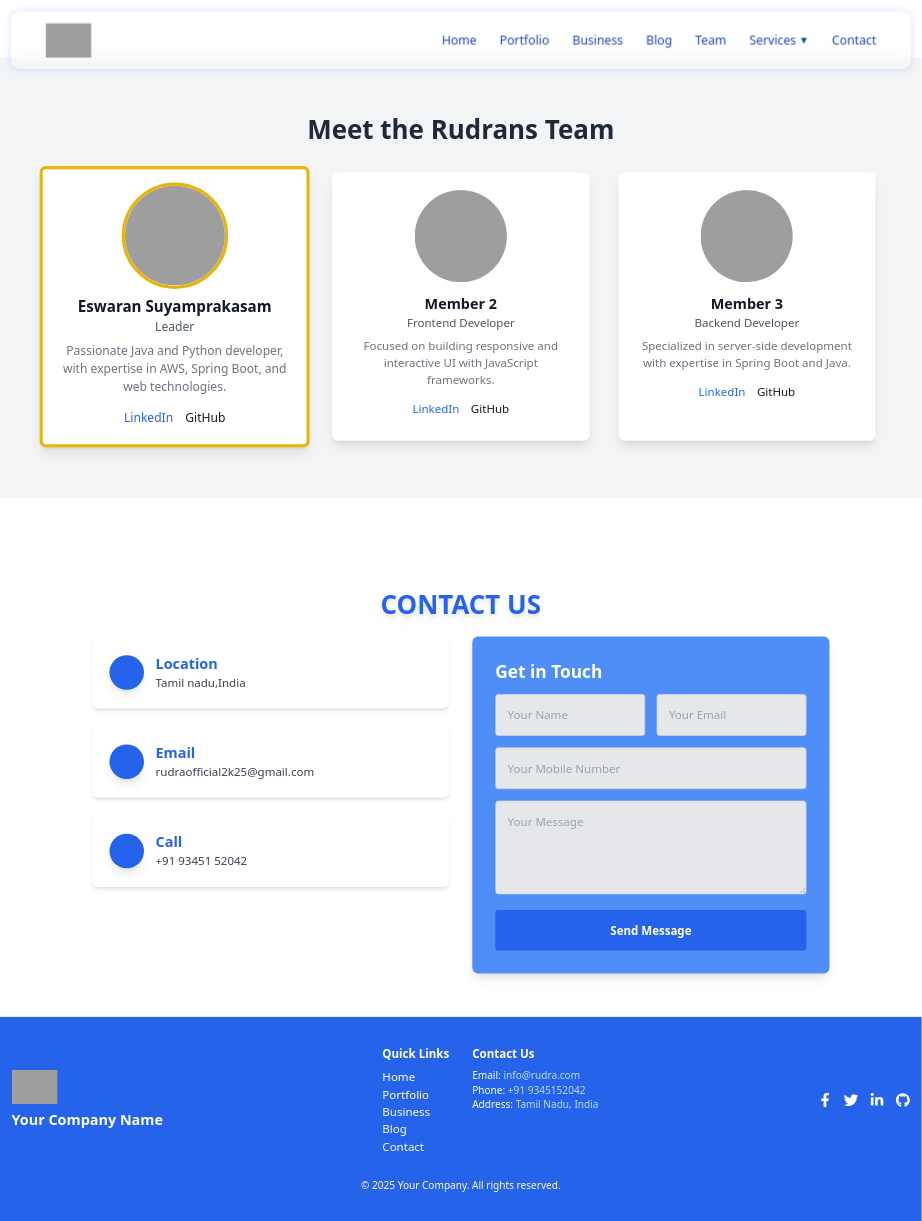
Repository: Rudra-Eswaran/Rudra_Official
Page: /
These files come from the project's save history. The page is drawn as it stood at one moment and after the next save; the edit follows.
The browser window is 1280 px wide. The pictures show the whole page, at 72% of full size.
Pictures or frames that could not be fetched are drawn as grey boxes. Some web libraries are served in a nearby version. The project was rebuilt for these pictures with package versions that can differ from the ones it lists, and the page was loaded fresh each time. Also part of the build but not shown: vite.config.js.

Above is the page before, as saved 2025-04-16 16:30:21.

After the next save:
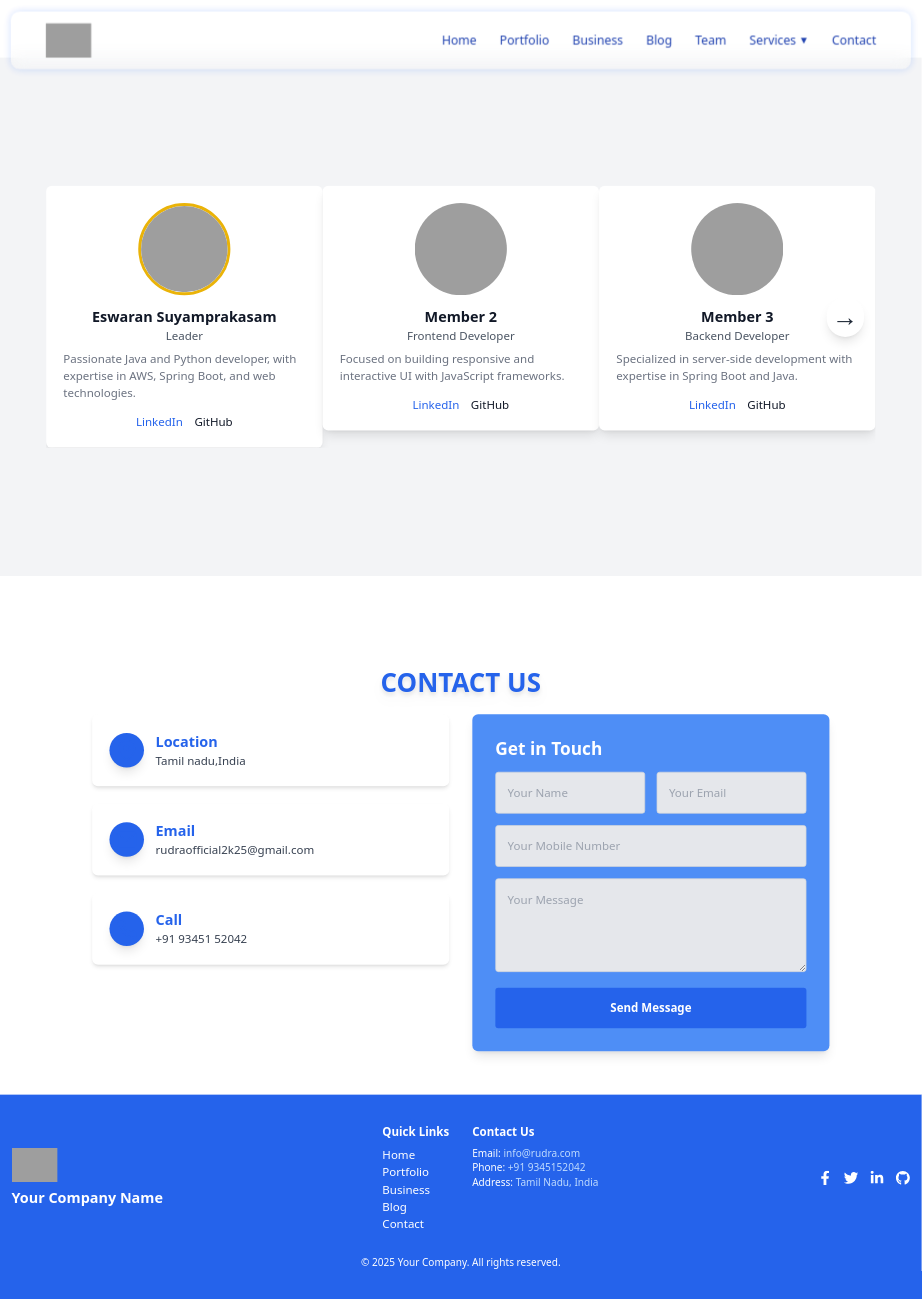
Saved 103 s later.
--- a/src/pages/Rudrans.jsx
+++ b/src/pages/Rudrans.jsx
@@ -1,61 +1,72 @@
-import React, { useEffect, useState } from "react";
-
-// Importing the team data from the JSON file
+import React, { useState } from "react";
 import teamData from "../teamData.json"; // Assuming teamData.json is in the same folder
 
 const Rudrans = () => {
-  const [team, setTeam] = useState([]);
+  const [currentIndex, setCurrentIndex] = useState(0);
 
-  // Load the team data
-  useEffect(() => {
-    setTeam(teamData); // This would be an API call in a real-world app
-  }, []);
+  const handlePrev = () => {
+    setCurrentIndex((prevIndex) => (prevIndex > 0 ? prevIndex - 1 : teamData.length - 1));
+  };
+
+  const handleNext = () => {
+    setCurrentIndex((prevIndex) => (prevIndex < teamData.length - 1 ? prevIndex + 1 : 0));
+  };
 
   return (
-    <section id="team" className="py-20 bg-gray-100">
-      <div className="max-w-6xl mx-auto text-center">
-        <h2 className="text-4xl font-semibold text-gray-800 mb-10">Meet the Rudrans Team</h2>
+    <section id="team" className="py-20 bg-gray-100 min-h-screen flex items-center justify-center">
+      <div className="relative max-w-6xl mx-auto flex justify-center items-center">
+        {/* Left Navigation Arrow */}
+        <button
+          onClick={handlePrev}
+          className="absolute left-4 text-4xl text-gray-800 bg-white p-2 rounded-full shadow-lg hover:bg-gray-200 transition"
+        >
+          &#8592;
+        </button>
 
-        <div className="grid grid-cols-1 sm:grid-cols-2 md:grid-cols-3 gap-10">
-          {team.map((member, index) => (
-            <div
-              key={index}
-              className={`bg-white p-6 rounded-lg shadow-lg hover:shadow-xl transition-shadow duration-300 ${
-                member.role === "Leader" ? "border-4 border-yellow-500 scale-105" : ""
-              }`}
-            >
-              <img
-                src={member.photo}
-                alt={member.name}
-                className={`w-32 h-32 rounded-full mx-auto mb-4 object-cover ${
-                  member.role === "Leader" ? "border-4 border-yellow-500 scale-110" : ""
-                }`}
-              />
-              <h3 className="text-xl font-bold text-gray-900">{member.name}</h3>
-              <p className="text-gray-600 mb-2">{member.role}</p>
-              <p className="text-gray-500 mb-4">{member.bio}</p>
+        {/* Team Member Section */}
+        <div className="overflow-hidden w-full h-full">
+          <div className="flex transition-transform duration-500" style={{ transform: `translateX(-${currentIndex * 100}%)` }}>
+            {teamData.map((member, index) => (
+              <div key={index} className="w-full h-full flex flex-col items-center justify-center bg-white p-6 rounded-lg shadow-lg hover:shadow-xl transition-shadow duration-300">
+                <img
+                  src={member.photo}
+                  alt={member.name}
+                  className={`w-32 h-32 rounded-full mb-4 object-cover ${member.role === "Leader" ? "border-4 border-yellow-500" : ""}`}
+                />
+                <h3 className="text-xl font-bold text-gray-900">{member.name}</h3>
+                <p className="text-gray-600 mb-2">{member.role}</p>
+                <p className="text-gray-500 mb-4">{member.bio}</p>
 
-              <div className="flex justify-center space-x-4">
-                <a
-                  href={member.linkedin}
-                  target="_blank"
-                  rel="noopener noreferrer"
-                  className="text-blue-600 hover:text-blue-800"
-                >
-                  LinkedIn
-                </a>
-                <a
-                  href={member.github}
-                  target="_blank"
-                  rel="noopener noreferrer"
-                  className="text-gray-900 hover:text-black"
-                >
-                  GitHub
-                </a>
+                <div className="flex justify-center space-x-4">
+                  <a
+                    href={member.linkedin}
+                    target="_blank"
+                    rel="noopener noreferrer"
+                    className="text-blue-600 hover:text-blue-800"
+                  >
+                    LinkedIn
+                  </a>
+                  <a
+                    href={member.github}
+                    target="_blank"
+                    rel="noopener noreferrer"
+                    className="text-gray-900 hover:text-black"
+                  >
+                    GitHub
+                  </a>
+                </div>
               </div>
-            </div>
-          ))}
+            ))}
+          </div>
         </div>
+
+        {/* Right Navigation Arrow */}
+        <button
+          onClick={handleNext}
+          className="absolute right-4 text-4xl text-gray-800 bg-white p-2 rounded-full shadow-lg hover:bg-gray-200 transition"
+        >
+          &#8594;
+        </button>
       </div>
     </section>
   );
